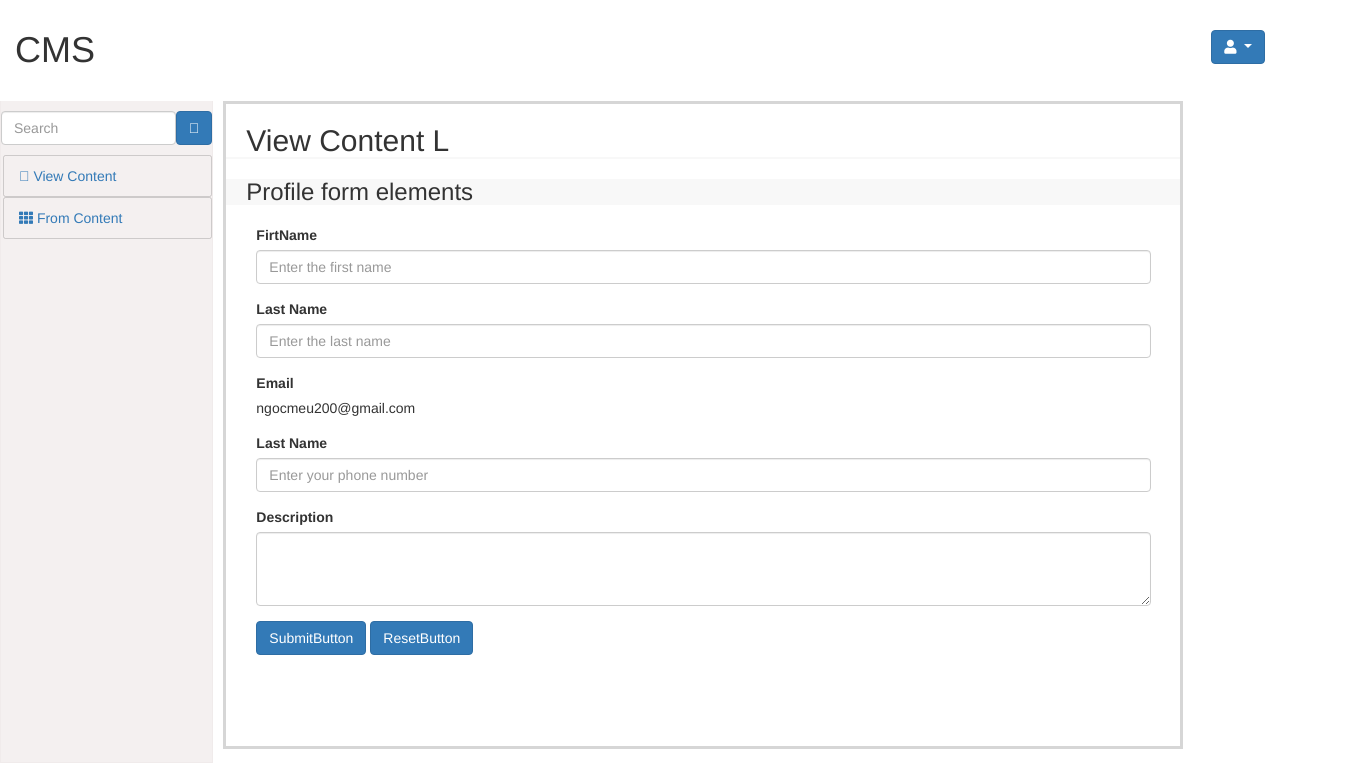
Repository: NgocNB20/travel
Page: NgocNb20_assigment8_9/view.html
These files come from the project's save history. The page is drawn as it stood at one moment and after the next save; the edit follows.
The browser window is 1280 px wide. The page is 1366 px wide, so the pictures cover 1366 px, including what lies to the right of the window. The pictures show the whole page.
Some web libraries are served in a nearby version.

Above is the page before, as saved 2021-10-06 01:11:34.

After the next save:
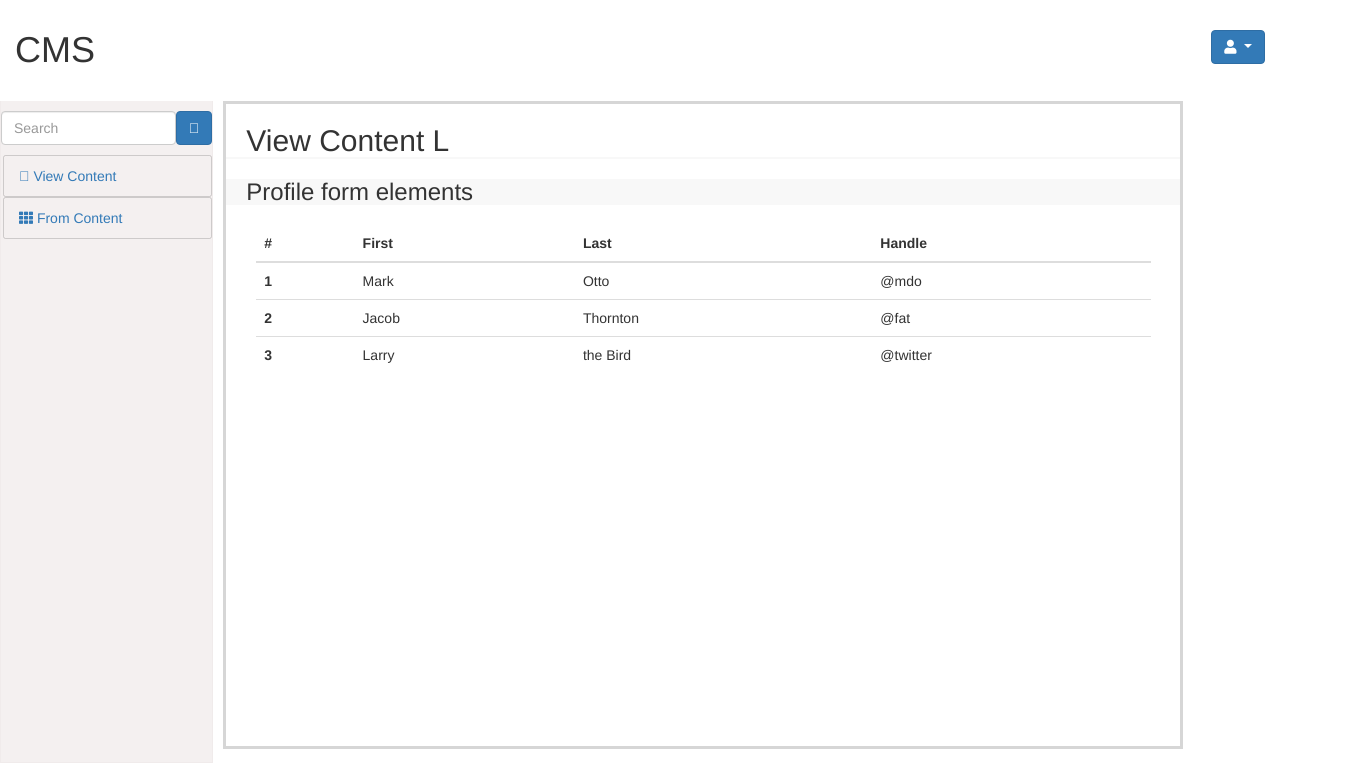
Saved 48 s later.
--- a/NgocNb20_assigment8_9/view.html
+++ b/NgocNb20_assigment8_9/view.html
@@ -72,39 +72,36 @@
                     <div class="container ">
                         <div class="row form">
                             <div class="col-10">
-                                <form>
-
-                                    <div class="form-group ">
-                                        <label for="exampleFormControlInput1" class="form-desc">FirtName</label>
-                                        <input type="text" class="form-control" id="exampleFormControlInput1"
-                                            placeholder="Enter the first name">
-                                    </div>
-                                    <div class="form-group ">
-                                        <label for="exampleFormControlInput1" class="form-desc">Last Name</label>
-                                        <input type="text" class="form-control" id="exampleFormControlInput1"
-                                            placeholder="Enter the last name">
-                                    </div>
-                                    <div class="form-group ">
-                                        <label for="exampleFormControlInput1" class="form-desc">Email</label>
-                                        <br><span class="form-email">ngocmeu200@gmail.com</span>
-                                    </div>
-                                    <div class="form-group ">
-                                        <label for="exampleFormControlInput1" class="form-desc">Last Name</label>
-                                        <input type="text" class="form-control" id="exampleFormControlInput1"
-                                            placeholder="Enter your phone number">
-                                    </div>
-                                    <div class="form-group">
-                                        <label for="exampleFormControlTextarea1" class="form-desc">Description</label>
-                                        <textarea class="form-control" id="exampleFormControlTextarea1"
-                                            rows="3"></textarea>
-                                    </div>
-                                    <div class="form-group">
-                                        <input class="btn btn-primary" type="submit" value="SubmitButton">
-                                        <input class="btn btn-primary" type="button" value="ResetButton">
-                                    </div>
-
-
-                                </form>
+                                <table class="table">
+                                    <thead>
+                                      <tr>
+                                        <th scope="col">#</th>
+                                        <th scope="col">First</th>
+                                        <th scope="col">Last</th>
+                                        <th scope="col">Handle</th>
+                                      </tr>
+                                    </thead>
+                                    <tbody>
+                                      <tr>
+                                        <th scope="row">1</th>
+                                        <td>Mark</td>
+                                        <td>Otto</td>
+                                        <td>@mdo</td>
+                                      </tr>
+                                      <tr>
+                                        <th scope="row">2</th>
+                                        <td>Jacob</td>
+                                        <td>Thornton</td>
+                                        <td>@fat</td>
+                                      </tr>
+                                      <tr>
+                                        <th scope="row">3</th>
+                                        <td>Larry</td>
+                                        <td>the Bird</td>
+                                        <td>@twitter</td>
+                                      </tr>
+                                    </tbody>
+                                  </table>
                             </div>
 
                         </div>
